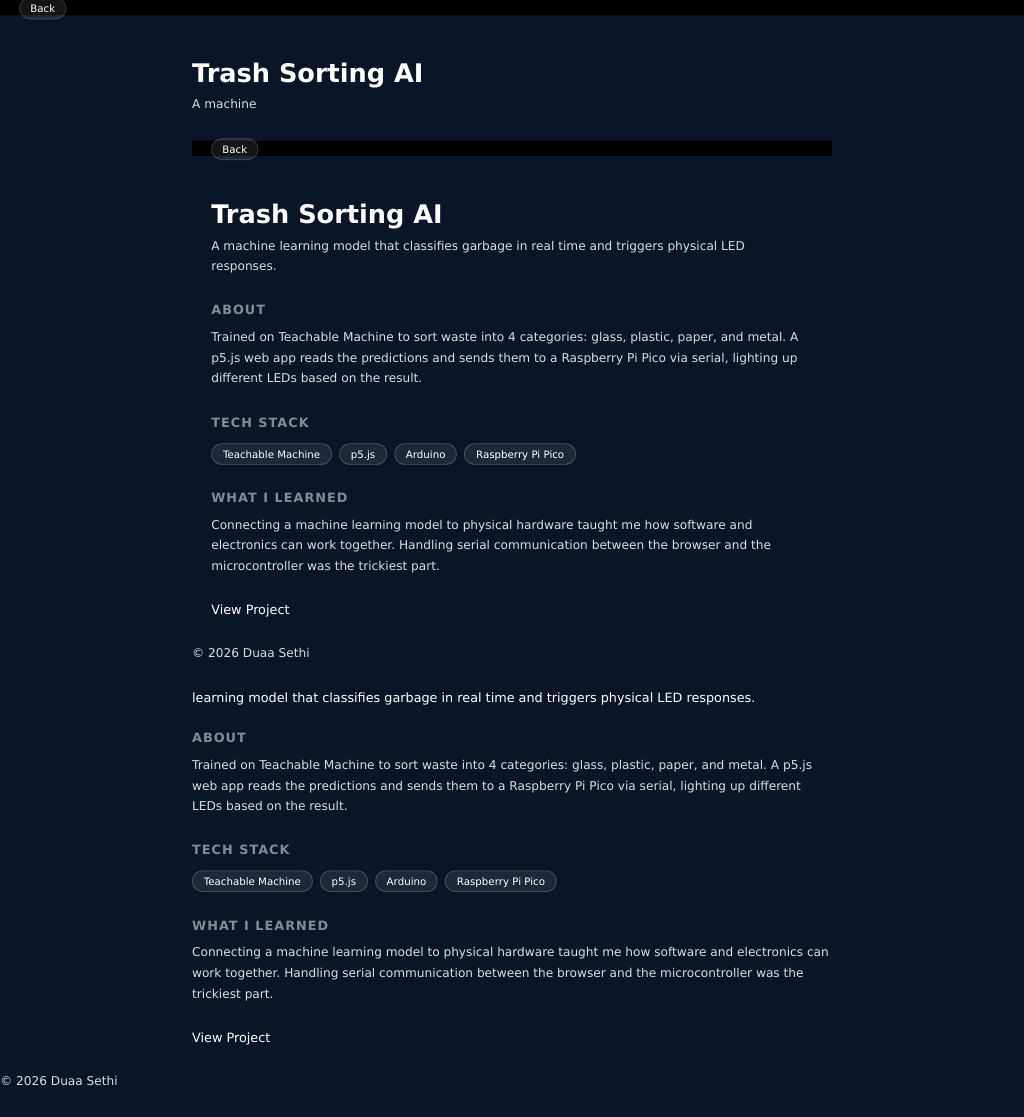
Repository: Duaa-Sethi/Duaa-Sethi
Page: pages/trash-sorting.html
The author's editor kept a copy of each file at every save. The page is drawn from the files as they stood at one save, then again after the next save.
The browser window is 1280 px wide. The pictures show the whole page, at 80% of full size.
Some web fonts or font styles are not loaded; a fallback is used.

Above is the page before, as saved 2026-05-08 17:27:26.

### pages/trash-sorting.html
<!doctype html>
<html lang="en">
  <head>
    <meta charset="UTF-8" />
    <meta name="viewport" content="width=device-width, initial-scale=1.0" />
    <title>Trash Sorting AI | Duaa Sethi</title>
    <link rel="stylesheet" href="../styles/globals.css" />
    <link rel="stylesheet" href="../styles/project.css" />
  </head>
  <body>
    <nav>
      <ul>
        <li><a href="../index.html" class="tag">Back</a></li>
      </ul>
    </nav>

    <main>
      <h1>Trash Sorting AI</h1>
      <p>
        A machine <!doctype html>
        <html lang="en">
          <head>
            <meta charset="UTF-8" />
            <meta
              name="viewport"
              content="width=device-width, initial-scale=1.0"
            />
            <title>Trash Sorting AI | Duaa Sethi</title>
            <link rel="stylesheet" href="../styles/globals.css" />
            <link rel="stylesheet" href="../styles/project.css" />
          </head>
          <body>
            <nav>
              <ul>
                <li><a href="../index.html" class="tag">Back</a></li>
              </ul>
            </nav>

            <main>
              <h1>Trash Sorting AI</h1>
              <p>
                A machine learning model that classifies garbage in real time
                and triggers physical LED responses.
              </p>

              <h2>About</h2>
              <p>
                Trained on Teachable Machine to sort waste into 4 categories:
                glass, plastic, paper, and metal. A p5.js web app reads the
                predictions and sends them to a Raspberry Pi Pico via serial,
                lighting up different LEDs based on the result.
              </p>

              <h2>Tech Stack</h2>
              <ul class="tags">
                <li>Teachable Machine</li>
                <li>p5.js</li>
                <li>Arduino</li>
                <li>Raspberry Pi Pico</li>
              </ul>

              <h2>What I Learned</h2>
              <p>
                Connecting a machine learning model to physical hardware taught
                me how software and electronics can work together. Handling
                serial communication between the browser and the microcontroller
                was the trickiest part.
              </p>

              <a
                href="https://editor.p5js.org/duairfansethi/full/mdRLpCkG2"
                target="blank"
                class="btn"
                >View Project</a
              >
            </main>

            <footer>
              <p>© 2026 Duaa Sethi</p>
            </footer>
          </body>
        </html>
        learning model that classifies garbage in real time and triggers
        physical LED responses.
      </p>

      <h2>About</h2>
      <p>
        Trained on Teachable Machine to sort waste into 4 categories: glass,
        plastic, paper, and metal. A p5.js web app reads the predictions and
        sends them to a Raspberry Pi Pico via serial, lighting up different LEDs
        based on the result.
      </p>

      <h2>Tech Stack</h2>
      <ul class="tags">
        <li>Teachable Machine</li>
        <li>p5.js</li>
        <li>Arduino</li>
        <li>Raspberry Pi Pico</li>
      </ul>

      <h2>What I Learned</h2>
      <p>
        Connecting a machine learning model to physical hardware taught me how
        software and electronics can work together. Handling serial
        communication between the browser and the microcontroller was the
        trickiest part.
      </p>

      <a
        href="https://editor.p5js.org/duairfansethi/full/mdRLpCkG2"
        target="blank"
        class="btn"
        >View Project</a
      >
    </main>

    <footer>
      <p>© 2026 Duaa Sethi</p>
    </footer>
  </body>
</html>

### styles/globals.css
/* FONT DEFS */
@font-face {
  font-family: "main font";
  src: url(../assets/fonts/NewsCycle-Regular.ttf);
}

/* CROSS PAGE STYLES */
body {
  font-family: "main font", Verdana, sans-serif;
  color: white;
  margin: 0;
}

h1 {
  font-weight: bold;
  font-size: 1.5rem; /* too small for desktop*/
}

a {
  text-decoration: none;
  color: white;
}
h2,
h3 {
  margin: 0;
}
a:hover {
  text-decoration: underline;
}
ul {
  list-style: none;
  padding: 0;
  margin: 0;
}

### styles/project.css
body {
  background-color: #0a1628;
}
nav {
  background-color: black;
  padding: 0 1.5rem;
}
nav ul {
  display: flex;
}
.tag {
  background-color: rgba(255, 255, 255, 0.08);
  border: 1px solid rgba(255, 255, 255, 0.2);
  border-radius: 20px;
  padding: 0.3rem 0.8rem;
  font-size: 0.8rem;
}
.tag:hover {
  background-color: rgba(255, 255, 255, 0.15);
  text-decoration: none;
}
main {
  max-width: 800px;
  margin: auto;
  padding: 2rem 1.5rem;
}

h1 {
  font-size: 2rem;
  margin-bottom: 0.5rem;
}
h2 {
  font-size: 1rem;
  opacity: 0.5;
  text-transform: uppercase;
  letter-spacing: 0.08em;
  margin-bottom: 0.75rem;
}
p {
  font-size: 0.95rem;
  line-height: 1.7;
  opacity: 0.85;
  margin: 0 0 2rem 0;
}
.tags li {
  display: inline-block;
  background-color: rgba(255, 255, 255, 0.08);
  border: 1px solid rgba(255, 255, 255, 0.2);
  border-radius: 20px;
  padding: 0.3rem 0.85rem;
  font-size: 0.8rem;
  margin: 0.25rem 0.25rem 2rem 0;
}

After the next save:
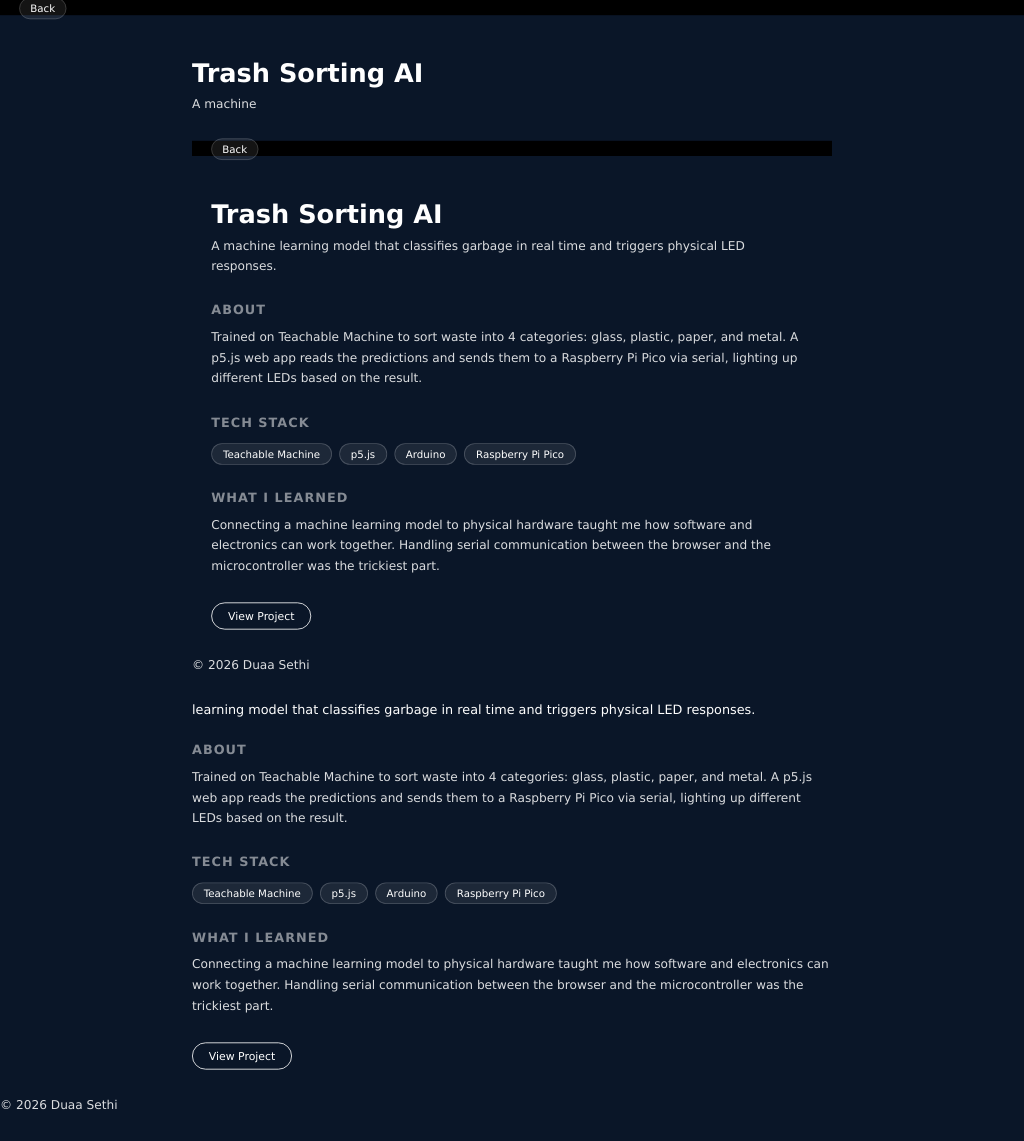
Saved 51 s later.
--- a/styles/project.css
+++ b/styles/project.css
@@ -51,3 +51,16 @@ p {
   font-size: 0.8rem;
   margin: 0.25rem 0.25rem 2rem 0;
 }
+.btn {
+  display: inline-block;
+  border: 1px solid white;
+  padding: 0.5rem 1.25rem;
+  border-radius: 20px;
+  font-size: 0.85rem;
+}
+
+.btn:hover {
+  background-color: white;
+  color: #0a1628;
+  text-decoration: none;
+}
